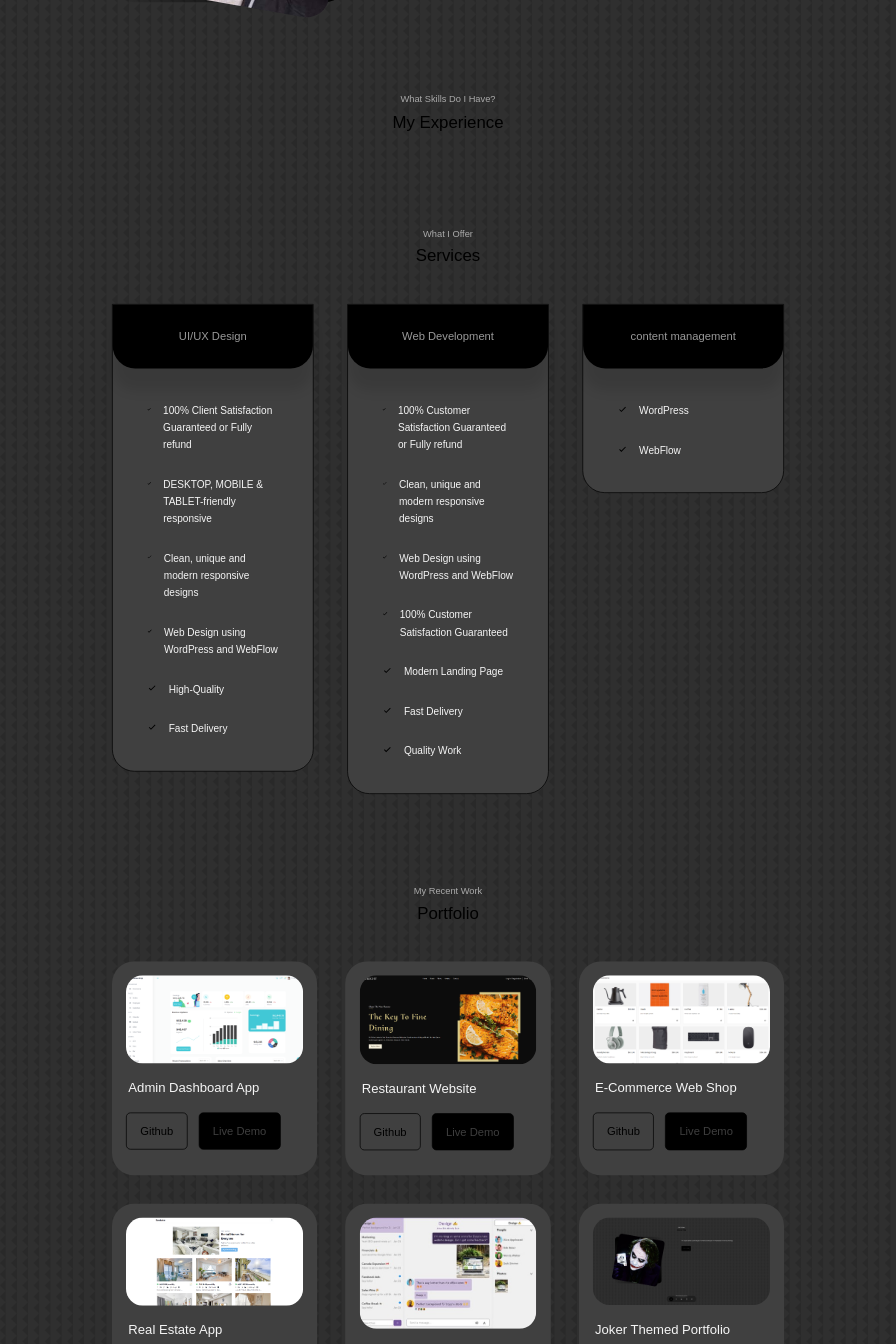
Repository: Z-Bahaa/project_joker_react_portfolio
Page: /
The author's editor kept a copy of each file at every save. The page is drawn from the files as they stood at one save, then again after the next save.
The browser window is 1280 px wide. The pictures show the part of the page from y = 1435 to 3355 px (the page is 4795 px tall before and 4906 px after), at 70% of full size.
Some web fonts or font styles are not loaded; a fallback is used. The project was rebuilt for these pictures with package versions that can differ from the ones it lists, and the page was loaded fresh each time. Also part of the build but not shown: src/components/experience/experience.css. Imported but missing from the stored project, and not drawn on this page: src/assets/resume.pdf.

Above is the page before, as saved 2023-08-20 23:36:37.

### public/index.html
<!DOCTYPE html>
<html lang="en">

<head>
  <meta charset="UTF-8">
  <meta name="viewport" content="width=device-width, initial-scale=1.0">
  <title>Zeyad Bahaa</title>
  <link rel="shortcut icon" href="/Logo.png" />
</head>

<body>
  <div id="root"></div>
</body>

</html>

### src/App.jsx
import Header from './components/header/Header'
import Nav from './components/nav/Nav'
import About from './components/about/About'
import Experience from './components/experience/Experience'
import Services from './components/services/Services'
import Portfolio from './components/portfolio/Portfolio'
// import Testimonials from './components/testimonials/Testimonials'
import Contact from './components/contact/Contact'
import Footer from './components/footer/Footer'


const App = () => {
  return (
    <>
      <Header />
      <Nav />
      <About />
      <Experience />
      <Services />
      <Portfolio />
{/*       <Testimonials /> */}
      <Contact />
      <Footer />

    </>
  )
}

export default App

### src/components/header/Header.jsx
import './header.css';
import CTA from './CTA'
import ME from '../../assets/me-3.png'
import HeaderSocials from './HeaderSocials'

const Header = () => {
  return (
    <div className='header container' id='home'>
      <div className='header__container'>
        <h5>Hello, I'm</h5>
        <h1>Zeyad Bahaa</h1>
        <h5 className="text-light">Software & web development Enthusiast</h5>
        <CTA />
        <HeaderSocials />

        <div className="me">
          <img src={ME} alt="" />
        </div>

        <a href='#contact' className="scroll__down">Scroll Down</a>
      </div>
    </div>
  )
}

export default Header

### src/components/nav/Nav.jsx
import './nav.css'
import { AiOutlineHome, AiOutlineUser, AiOutlineMessage } from 'react-icons/ai'
import { BiBookAlt } from 'react-icons/bi'
import { BsBagDash } from 'react-icons/bs'
import { useState} from 'react'

const Nav = () => {
  const [activeNav, setActiveNAv] = useState('#')
  return (
    <div className="nav">
      <a href="#home" className={activeNav === '#' ? 'active' : ''} onClick={() => setActiveNAv('#')}><AiOutlineHome /></a>
      <a href="#about" className={activeNav === '#about' ? 'active' : ''} onClick={() => setActiveNAv('#about')}><AiOutlineUser /></a>
      <a href="#experience" className={activeNav === '#experience' ? 'active' : ''} onClick={() => setActiveNAv('#experience')}><BiBookAlt /></a>
      <a href="#services" className={activeNav === '#services' ? 'active' : ''} onClick={() => setActiveNAv('#services')}><BsBagDash /></a>
      <a href="#contact" className={activeNav === '#contact' ? 'active' : ''} onClick={() => setActiveNAv('#contact')}><AiOutlineMessage /></a>
    </div>
  )
}

export default Nav

### src/components/about/About.jsx
import './about.css'
import ME from '../../assets/me-3.png'
/* import { FiAward, FiUsers } from 'react-icons/fi'
import { AiFillFolderOpen } from 'react-icons/ai' */
const About = () => {
  return (
    <div className="section" id="about">
      <h5>Get To Know</h5>
      <h2>About Me</h2>

      <div className="container about__container">
        <div className="about__me">
          <div className="about__me-image">
            <img src={ME} alt="About" />
          </div>
        </div>

        <div className="about__content">
          {/* <div className="about__cards">

            <div className="about__card">
              <FiAward className="about__icon" />
              <h5>Experience</h5>
              <small>3+ Years Working</small>
            </div>

            <div className="about__card">
              <FiUsers className="about__icon" />
              <h5>Clients</h5>
              <small>200+ Worldwide</small>
            </div>

            <div className="about__card">
              <AiFillFolderOpen className="about__icon" />
              <h5>Projects</h5>
              <small>80+ Completed Projects</small>
            </div>

          </div> */}

          <p>
          Confident young professional with a passion for learning and development. eager to leverage education and training in the software development space to support the growth and success of a High performing organization. Strong track record of settling effective goals and leading teams to achieve those goals. committed to continuous improvement and driving team success.
          </p>

          <a href="#contact" className="btn btn-primary">Let's Talk</a>
        </div>
      </div>
    </div>
  )
}

export default About

### src/components/experience/Experience.jsx
import './experience.css'
import { backendExperiences, frontendExperiences } from '../../data/experiences'
import { AiFillCheckCircle } from 'react-icons/ai'

const Experience = () => {
  return (
    <div className="section" id="experience">
      <h5>What Skills Do I Have?</h5>
      <h2>My Experience</h2>

    </div>
  )
}

export default Experience

### src/components/services/Services.jsx
import './services.css'
import { BiCheck } from 'react-icons/bi'
import services from '../../data/services'

const Services = () => {
  return (
    <div className="section" id="services">
      <h5>What I Offer</h5>
      <h2>Services</h2>

      <div className="container services__container">
      {
        services.map(({name, subheadings}) => (
          <div className="service">
            <div className="service__head">
              <h3>{name}</h3>
            </div>
            <ul className="service__list">
              {subheadings.map((sub) => (
                <li>
                  <BiCheck className="service__icon" />
                  <p>{sub}</p>
                </li>
              ))}

            </ul>
      </div>
      ))
      }


      </div>
    </div>
  )
}

export default Services

### src/components/portfolio/Portfolio.jsx
import './portfolio.css'
import projects from '../../data/projects'



const Portfolio = () => {
  return (
    <div className="section">
      <h5>My Recent Work</h5>
      <h2>Portfolio</h2>

      <div className="container portfolio__container">
        {
          projects.map(item => (
            <div  key={item.id} className="portfolio__item">
              <img src={item.img} className="portfolio__item-image" alt=""/>
              <h3>{item.title || 'This is a portfolio item title'}</h3>
              <div className="portfolio__item-cta">
                <a className="btn" href={item.github} target='_blank' rel="noreferrer">Github</a>
                <a className="btn btn-primary" href={item.demo} target='_blank' rel="noreferrer">Live Demo</a>
              </div>
            </div>
          ))
        }
      </div>
    </div>
  )
}

export default Portfolio

### src/components/contact/Contact.jsx
import './contact.css'
import { AiOutlineMail, AiOutlineWhatsApp } from 'react-icons/ai'
import { RiMessengerLine } from 'react-icons/ri'


const Contact = () => {

  return (
    <div className="section" id="contact">
      <h5>Get In Touch</h5>
      <h2>Contact Me</h2>

      <div className="container contact__container">
        <div className="contact__options">

          <div className="contact__option">
            <AiOutlineMail className='contact__option-icon'/>
            <h4>Email</h4>
            <h5>zizobahaapersonal@gmail.com</h5>
            <a href="mailto:zizobahaapersonal@gmail.com">Send a message</a>
          </div>

          <div className="contact__option">
            <RiMessengerLine className='contact__option-icon'/>
            <h4>Messenger</h4>
            <h5>Zizo Bahaa</h5>
            <a href="https://m.me/100071918118359">Send a message</a>
          </div>
          <div className="contact__option">
            <AiOutlineWhatsApp className='contact__option-icon' />
            <h4>WhatsApp</h4>
            <h5>+201020730202</h5>
            <a href="https://api.whatsapp.com/send?phone=201020730202" >Send a message</a>
          </div>

        </div>

{        <form
          // ref={form}
          // onSubmit={sendEmail}
          >
          <input type="text" name="name" placeholder="Your Full Name" required/>
          <input type="email" name="email" placeholder="Your Email" required/>
          <textarea name="message" placeholder="Your Message" rows="7" required/>
          <button type="submit" className="btn btn-primary">send Message</button>
        </form>}
      </div>
    </div>
  )
}

export default Contact

### src/components/header/header.css
.header {
  height: 120vh;
  padding-top: 7rem;
  /* overflow: hidden; */
}

.header__container {
  text-align: center;
  height: 100%;
  position: relative;
}

.cta {
  margin-top: 2.5rem;
  display: flex;
  gap: 1.2rem;
  justify-content: center;
}

.header__socials {
  display: flex;
  flex-direction: column;
  position: absolute;
  left: 0;
  bottom: 2rem;
  gap: 1rem;
}

.header__socials::after {
  content: "";
  width: 1px;
  height: 2rem;
  background: var(--color-primary);
  align-self: center;
}

.me {
  background: linear-gradient(var(--color-primary), transparent);
  width: 22rem;
  max-height: 27rem;
  position: absolute;
  left: calc(50% - 11rem);
  margin-top: 4rem;
  border-radius: 12rem 12rem 0 0;
  -webkit-border-radius: 12rem 12rem 0 0;
  -moz-border-radius: 12rem 12rem 0 0;
  -ms-border-radius: 12rem 12rem 0 0;
  -o-border-radius: 12rem 12rem 0 0;
  overflow: hidden;
  /* padding: 5rem 1.5rem 1.5rem 1.5rem; */
}
/* .me img {
  min-height: 40rem;
} */

.scroll__down {
  position: absolute;
  right: 0rem;
  bottom: 5rem;
  transform: rotate(90deg);
  -webkit-transform: rotate(90deg);
  -moz-transform: rotate(90deg);
  -ms-transform: rotate(90deg);
  -o-transform: rotate(90deg);
  font-weight: 300;
  font-size: 0.9rem
}

@media screen and (max-width: 1024px) {
  .header {
    height: 70vh;
  }
}

@media screen and (max-width: 600px) {
  .header {
    height: 100vh;
  }


}

### src/components/header/CTA.jsx
import CV from '../../assets/resume.pdf'

import React from 'react'

const CTA = () => {
  return (
    <div className="cta">
      <a href={CV} className='btn'>Download CV</a>
      <a href="#contact" className="btn btn-primary">Let's Talk</a>
    </div>
  )
}

export default CTA

### src/components/header/HeaderSocials.jsx
import { AiOutlineLinkedin, AiOutlineFacebook,} from 'react-icons/ai'
import {FiGithub} from 'react-icons/fi'



const HeaderSocials = () => {
  return (
    <div className="header__socials">
      <a href='https://www.linkedin.com/in/zizo-bahaa' target='_blank'  rel="noreferrer"><AiOutlineLinkedin /></a>
      <a href='https://github.com/Z-Bahaa' target='_blank'  rel="noreferrer"><FiGithub /></a>
      <a href='https://www.facebook.com/profile.php?id=100071918118359' target='_blank'  rel="noreferrer"><AiOutlineFacebook /></a>
    </div>
  )
}

export default HeaderSocials

### src/components/nav/nav.css
.nav {
  background: rgba(0, 0, 0, 0.3);
  width: max-content;
  display: block;
  padding: 0.7em 1.7em;
  z-index: 2;
  position: fixed;
  left: 50%;
  transform: translateX(-50%);
  -webkit-transform: translateX(-50%);
  -moz-transform: translateX(-50%);
  -ms-transform: translateX(-50%);
  -o-transform: translateX(-50%);
  bottom: 2rem;
  display: flex;
  gap: 0.8rem;
  border-radius: 3rem;
  -webkit-border-radius: 3rem;
  -moz-border-radius: 3rem;
  -ms-border-radius: 3rem;
  -o-border-radius: 3rem;
  backdrop-filter: blur(15px);
}

.nav a {
  background: transparent;
  padding: 0.8rem;
  border-radius: 50%;
  -webkit-border-radius: 50%;
  -moz-border-radius: 50%;
  -ms-border-radius: 50%;
  -o-border-radius: 50%;
  display: flex;
  color: var(--color-light);
  font-size: 1.1rem;
}

.nav a:hover {
  background: rgba(0, 0, 0, 0.3);
}

.nav a.active {
  background: var(--color-primary);
  color: var(--color-bg)
}

### src/components/services/services.css
.services__container {
  display: grid;
  grid-template-columns: repeat(3, 1fr);
  gap: 3rem;
}

.service {
  background: var(--color-bg-variant);
  border-radius: 0 0 2rem 2rem;
  -webkit-border-radius: 0 0 2rem 2rem;
  -moz-border-radius: 0 0 2rem 2rem;
  -ms-border-radius: 0 0 2rem 2rem;
  -o-border-radius: 0 0 2rem 2rem;
  border: 1px solid var(--color-primary);
  height: fit-content;
  transition: var(--transition);
}

.service:hover {
  background: transparent;
  border-color: var(--color-primary-variant);
  cursor: default;
}

.service__head {
  background: var(--color-primary);
  padding: 2rem;
  border-radius: 0 0 2rem 2rem;
  -webkit-border-radius: 0 0 2rem 2rem;
  -moz-border-radius: 0 0 2rem 2rem;
  -ms-border-radius: 0 0 2rem 2rem;
  -o-border-radius: 0 0 2rem 2rem;
  box-shadow: 0 2rem 1rem rgba(0, 0, 0, 0.1);
}

.service__head h3 {
  color: var(--color-light);
  font-size: 1rem;
  text-align: center;
}

.service__list {
  padding: 2rem;

}

.service__list li {
  display: flex;
  gap: 1rem;
  padding: 1rem;
}

.service__icon {
  color: var(--color-primary);
  margin-top: 2px;
}

.service__list li p {
 font-size: 0.9rem;
}

@media screen and (max-width: 1024px) {
  .services__container {
    grid-template-columns: 1fr 1fr;
    gap: 2rem;
  }

  .service {
    height: auto;
  }
}

@media screen and (max-width: 600px) {
  .services__container {
    grid-template-columns: 1fr ;
    gap: 1.5rem;
  }
}

### src/components/portfolio/portfolio.css
.portfolio__container {
  display: grid;
  grid-template-columns: repeat(3, 1fr);
  gap: 2.5rem;
}

.portfolio__item {
  background: var(--color-bg-variant);
  padding: 1.2rem;
  border-radius: 2rem;
  -webkit-border-radius: 2rem;
  -moz-border-radius: 2rem;
  -ms-border-radius: 2rem;
  -o-border-radius: 2rem;
  border: 1px solid transparent;
  transition: var(--transition);
  -webkit-transition: var(--transition);
  -moz-transition: var(--transition);
  -ms-transition: var(--transition);
  -o-transition: var(--transition);
}

.portfolio__item:hover {
  border-color: var(--color-primary-variant);
  background: transparent;
}

.portfolio__item-image {
  border-radius: 1.5rem;
  -webkit-border-radius: 1.5rem;
  -moz-border-radius: 1.5rem;
  -ms-border-radius: 1.5rem;
  -o-border-radius: 1.5rem;
  overflow: hidden;
}

.portfolio__item h3 {
  margin: 1.2rem 0.2rem;
}

.portfolio__item-cta {
  display: flex;
  gap: 1rem;
  margin-bottom: 1rem;
}

@media screen and (max-width: 1024px) {
  .portfolio__container {
    grid-template-columns: 1fr 1fr;
    gap: 1.2rem;
  }
}

@media screen and (max-width: 600px) {
  .portfolio__container {
    grid-template-columns: 1fr;
    gap: 1rem;
  }
}

### src/components/contact/contact.css
.container.contact__container {
  width: 58%;
  display: grid;
  grid-template-columns: 30% 58%;
  gap: 12%;
}

.contact__options {
  display: flex;
  flex-direction: column;
  gap: 1.2rem;
}

.contact__option {
  background: var(--color-bg-variant);
  padding: 1.2rem;
  border-radius: 1.2rem;
  -webkit-border-radius: 1.2rem;
  -moz-border-radius: 1.2rem;
  -ms-border-radius: 1.2rem;
  -o-border-radius: 1.2rem;
  text-align: center;
  border: 1px solid transparent;
  transition: var(--transition);
  overflow: hidden;
}

.contact__option:hover {
  background: transparent;
  border-color: var(--color-primary-variant);
}

.contact__option-icon {
  font-size: 1.5rem;
  margin-bottom: 0.5rem;

}

.contact__option a {
  margin-top: 0.7rem;
  display: inline-block;
  font-size: .8rem;
}

form {
  display: flex;
  flex-direction: column;
  gap: 1.2rem;
}

input, textarea {
  width: 100%;
  padding: 1.5rem;
  border-radius: 0.5rem;
  -webkit-border-radius: 0.5rem;
  -moz-border-radius: 0.5rem;
  -ms-border-radius: 0.5rem;
  -o-border-radius: 0.5rem;
  background: transparent;
  border: 1px solid var(--color-primary-variant);
  resize: none;
  color: var(--color-white);
}

@media screen and (max-width: 1024px) {
  .container.contact__container {
    grid-template-columns: 1fr;
    gap: 2rem;
  }
}

@media screen and (max-width: 600px) {
  .container.contact__container {
    width: var(--container-width-sm);
  }
}

### src/components/footer/footer.css
.footer {
  background: var(--color-primary);
  padding: 3rem 0;
  padding-bottom: 0;
  text-align: center;
  font-size:0.9rem;
  margin-top: 7rem;
}

.footer a {
  color: var(--color-bg);
}

.footer__icon {
  font-size:2rem;
  font-weight: 500;
  margin-bottom: 2rem;
  display: inline-block;
}

.permalinks {
  display: flex;
  flex-wrap: wrap;
  justify-content: center;
  gap: 2rem;
  margin: 0 auto 3rem;
}

.footer__socials {
  display: flex;
  justify-content: center;
  gap: 1rem;
  margin-bottom: 4rem;
}

.footer__socials a {
  background: var(--color-bg);
  color: var(--color-white);
  padding: 0.8rem;
  border-radius: 0.7rem;
  -webkit-border-radius: 0.7rem;
  -moz-border-radius: 0.7rem;
  -ms-border-radius: 0.7rem;
  -o-border-radius: 0.7rem;
  display: flex;
  border: 1px solid transparent;
  margin-bottom: 5rem;
}

.footer__socials a:hover {
  background: transparent;
  color: var(--color-bg);
  border-color: var(--color-bg);

}

.footer__copyright {
  margin-bottom: 4rem;
  color: var(--color-bg);
}

@media screen and (max-width: 600px) {
  .permalinks {
    flex-direction: column;
    gap: 1.5rem;
  }
}

Loaded but not shown: src/data/experiences.js (135 lines, source omitted); src/data/projects.js (59 lines, source omitted); src/data/services.js (33 lines, source omitted); src/index.js (5 lines, source omitted); src/index.css (151 lines, source omitted); src/components/about/about.css (141 lines, source omitted); src/components/footer/Footer.jsx (39 lines, source omitted)

After the next save:
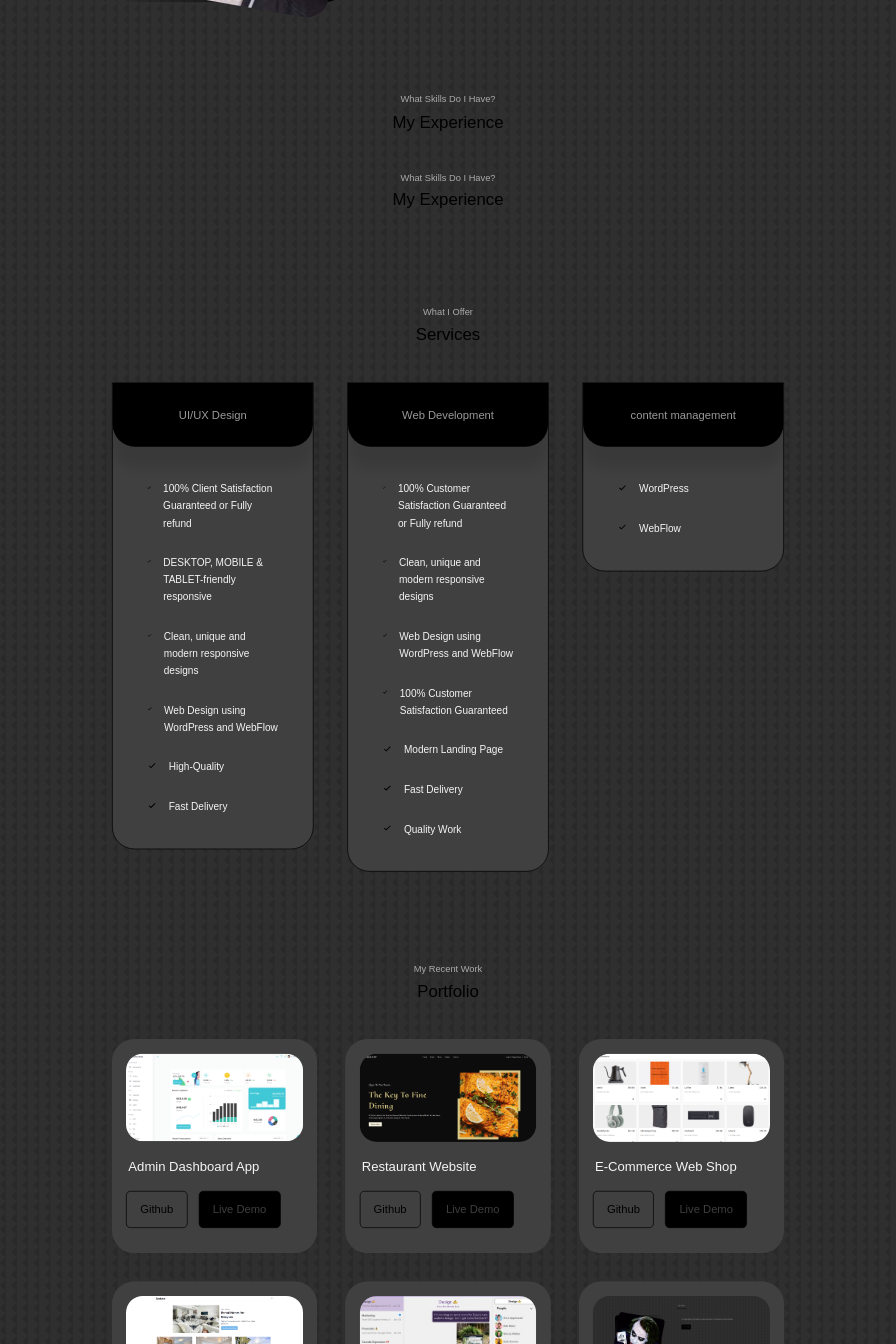
Saved 2 min 43 s later.
--- a/src/components/experience/Experience.jsx
+++ b/src/components/experience/Experience.jsx
@@ -5,8 +5,9 @@
 const Experience = () => {
   return (
     <div className="section" id="experience">
-      <h5>What Skills Do I Have?</h5>
-      <h2>My Experience</h2>
+    <h5>What Skills Do I Have?</h5>
+    <h2>My Experience</h2><h5>What Skills Do I Have?</h5>
+    <h2>My Experience</h2>
 
     </div>
   )

After the save that followed:
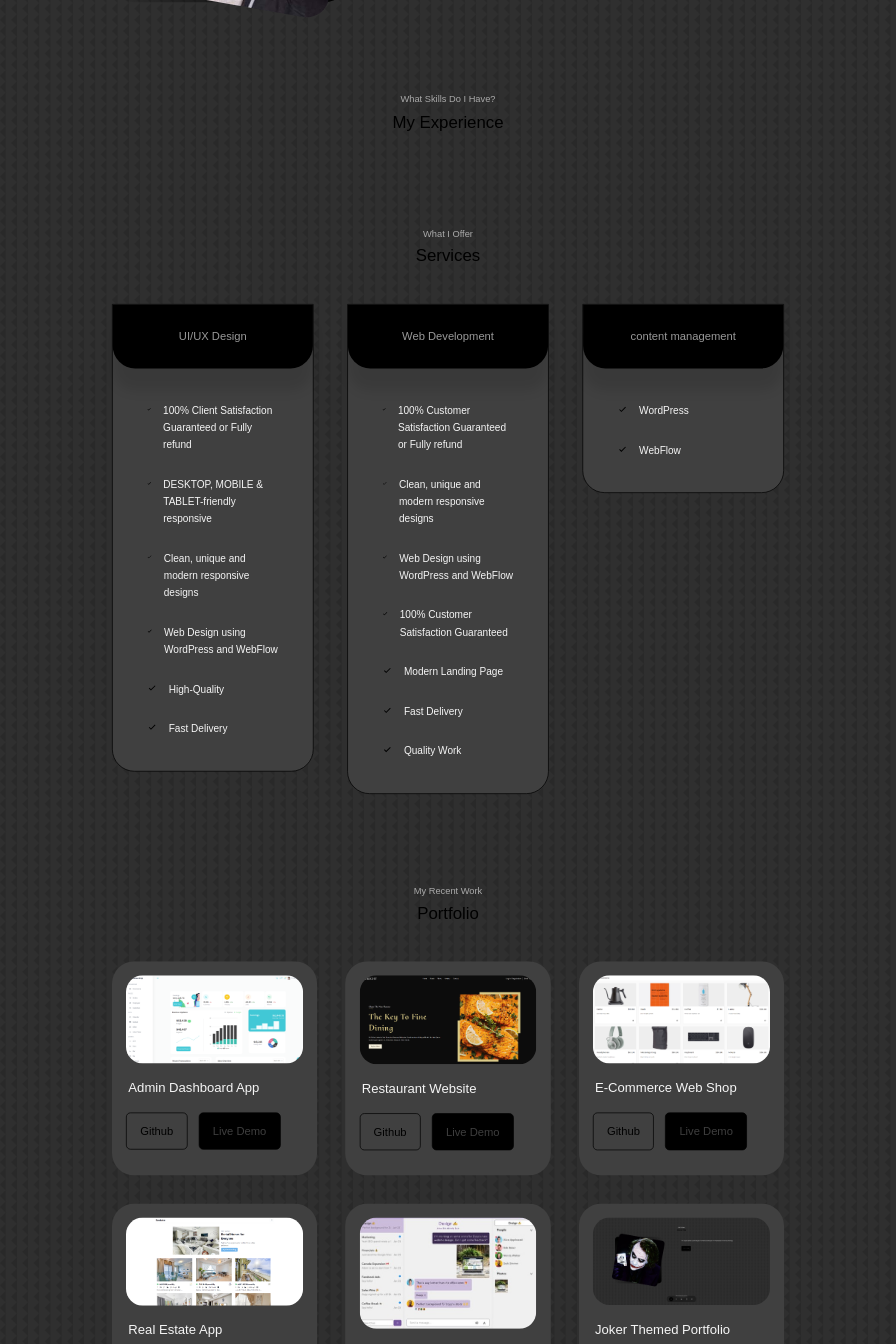
Saved 5 s later.
--- a/src/components/experience/Experience.jsx
+++ b/src/components/experience/Experience.jsx
@@ -6,7 +6,6 @@
   return (
     <div className="section" id="experience">
     <h5>What Skills Do I Have?</h5>
-    <h2>My Experience</h2><h5>What Skills Do I Have?</h5>
     <h2>My Experience</h2>
 
     </div>
